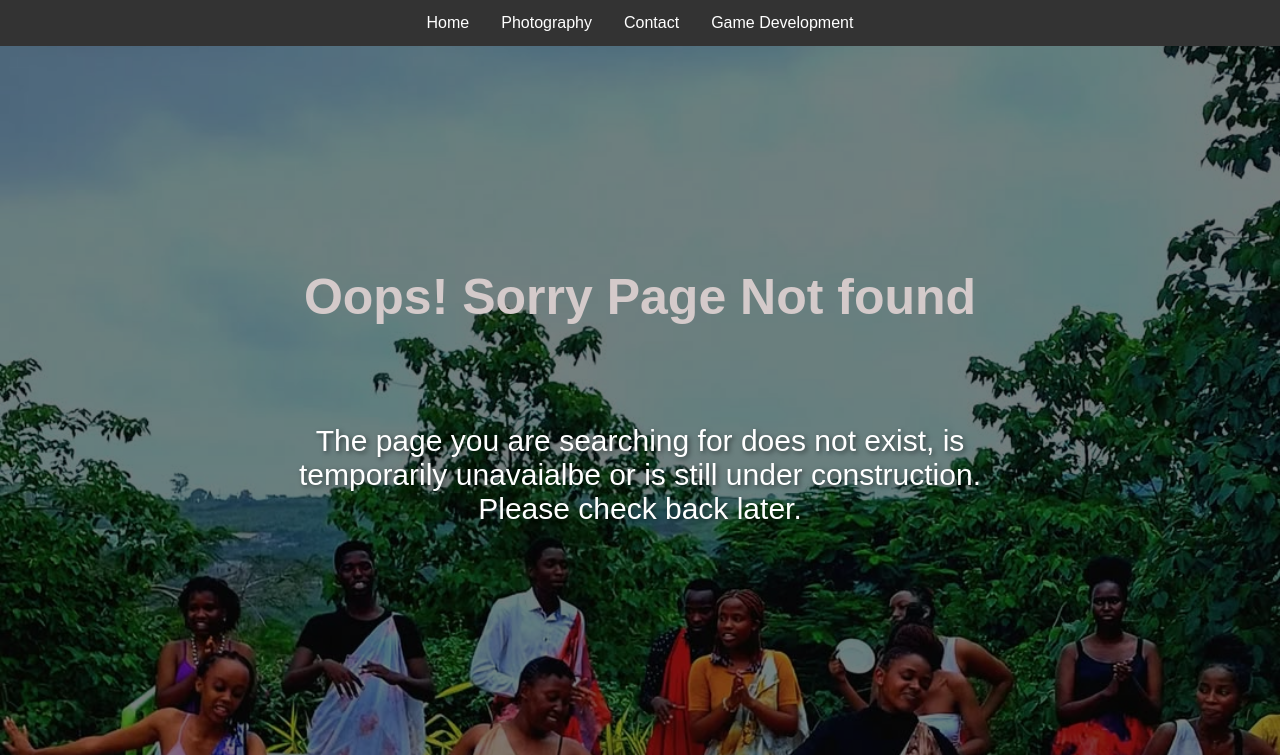
Repository: Argivist/ArgPortfolio
Page: 404.html
The author's editor kept a copy of each file at every save. The page is drawn from the files as they stood at one save, then again after the next save.
The browser window is 1280 px wide. The pictures show the whole page.
Backgrounds fixed to the window are drawn as part of the page.

Above is the page before, as saved 2025-03-28 22:21:16.

After the next save:
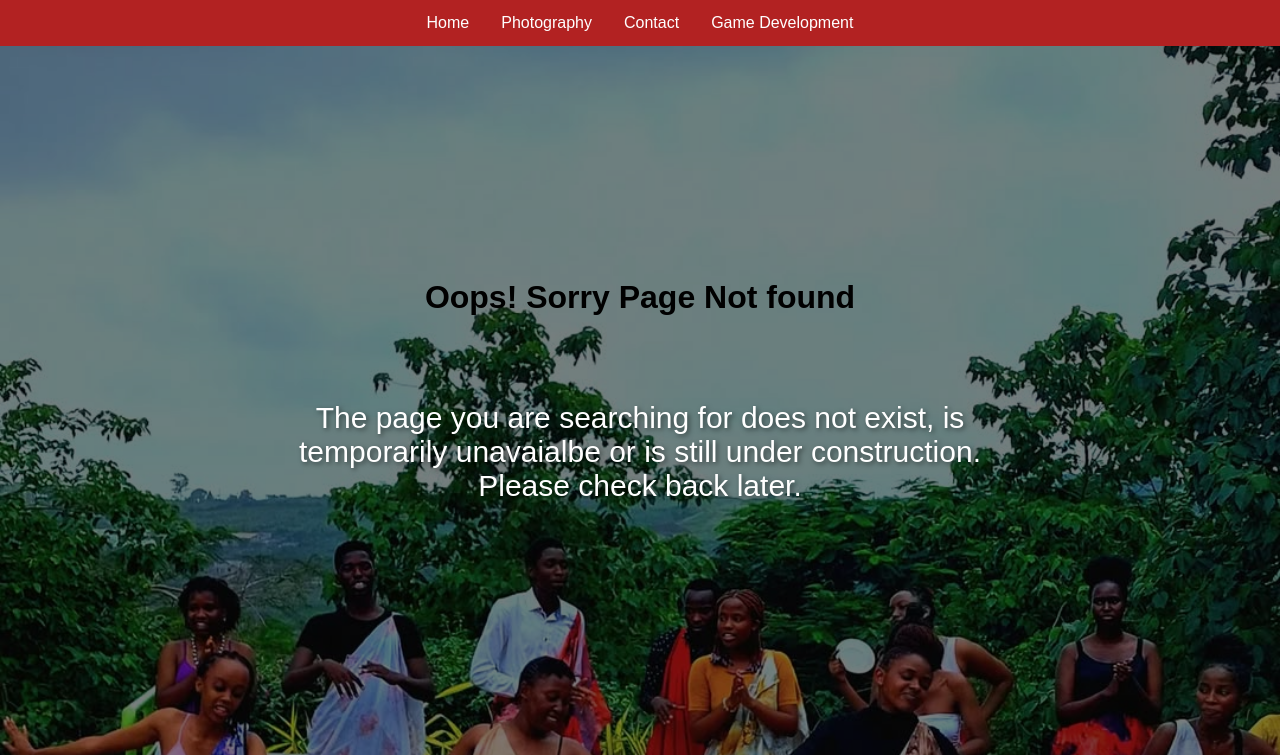
Saved 2 min 51 s later.
--- a/css/404.css
+++ b/css/404.css
@@ -1,14 +1,13 @@
-/* Custom Theme variables */
 :root {
-    --nav-bg: #333;
-    --nav-link-color: #fff;
-    --nav-link-hover-bg: #111;
-    --dropdown-bg: #f9f9f9;
-    --active-bg: #675656;
-    --body-text-color: #f5c646;      /* Warm yellow */
-    --heading-text-color: #d4caca;   /* Pale pink */
+    --nav-bg: #B22222;             /* Firebrick red for a bold navigation background */
+    --nav-link-color: #fff;         /* White for clear, contrasting text */
+    --nav-link-hover-bg: #8B0000;    /* Dark red for hover states */
+    --dropdown-bg: #FF8C00;         /* Dark orange for dropdown menus */
+    --active-bg: #FF6347;           /* Tomato red for active elements */
+    --body-text-color: #f5c646;     /* Warm yellow for body text */
+    --heading-text-color: #FFDAB9;  /* Peach puff for soft headings */
   }
-/* Headings */
+  ngs */
 h1 {
     color: var(--heading-text-color);
     font-size: 50px;
